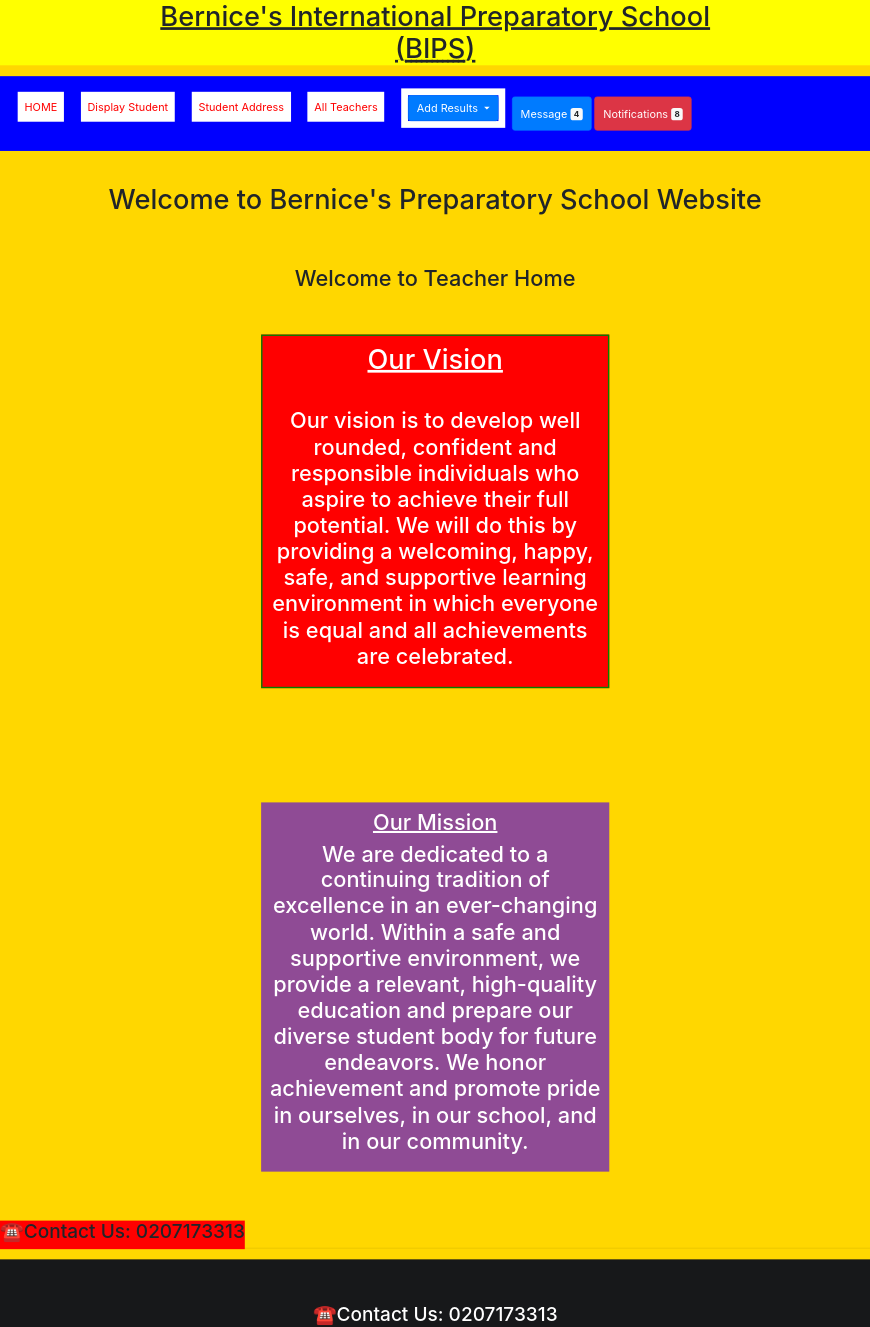
Repository: joseackah/eclipse-workspace
Page: http://localhost/com.school.mgt.system.Front.End/WEB-INF/views/teacherHome.jsp
These files come from the project's save history. The page is drawn as it stood at one moment and after the next save; the edit follows.
The browser window is 1280 px wide. The pictures show the whole page, at 68% of full size.
The page is served by Tomcat 9. Nobody is signed in. The template is opened directly, without the code that normally fills it, so the values that code supplies are empty.

Above is the page before, as saved 2021-08-14 21:31:29.

After the next save:
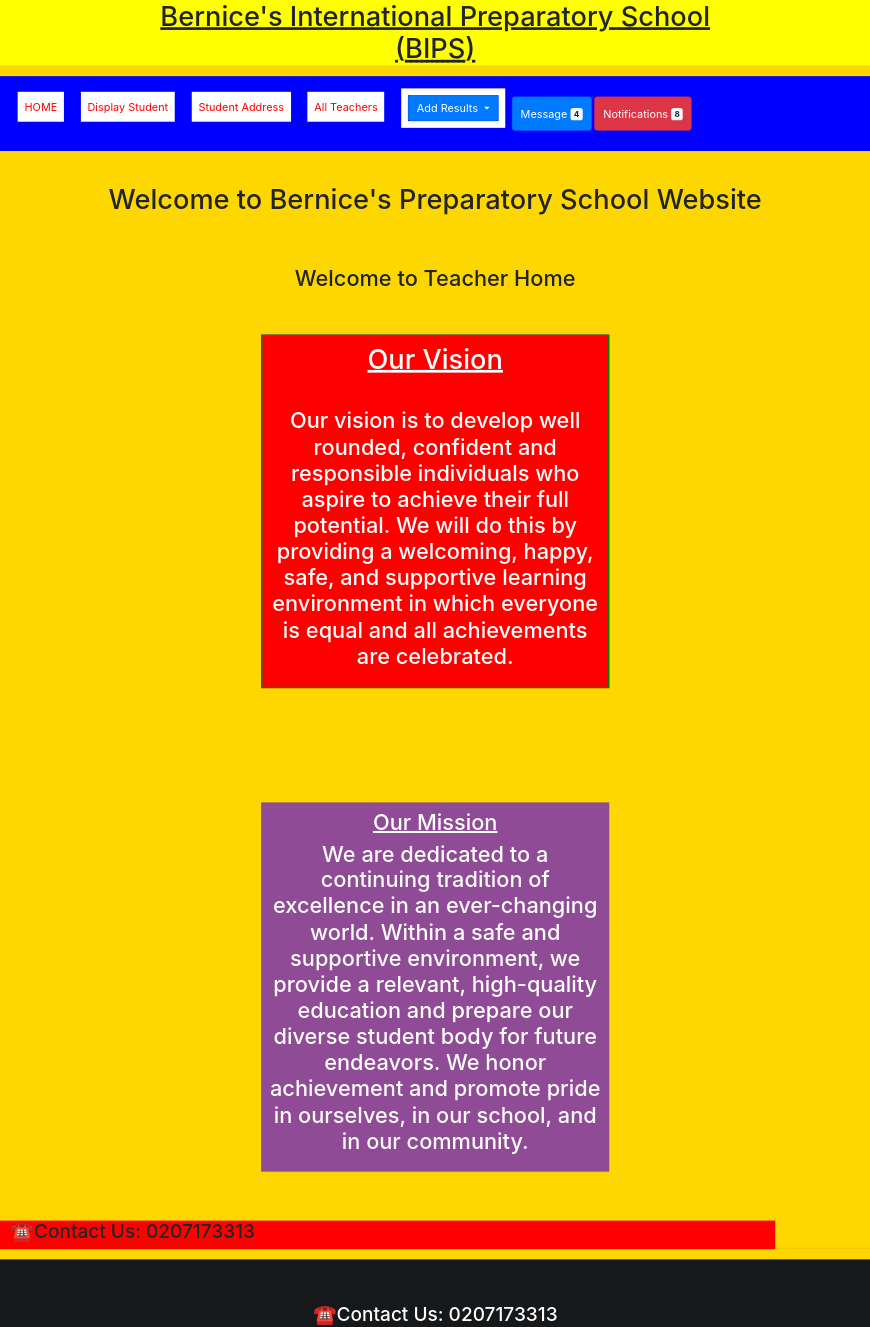
Saved 57 s later.
--- a/com.school.mgt.system.Front.End/src/main/webapp/WEB-INF/views/teacherHome.jsp
+++ b/com.school.mgt.system.Front.End/src/main/webapp/WEB-INF/views/teacherHome.jsp
@@ -130,7 +130,7 @@ align-content: center;</style>
 </aside>
 </section>
 <br /> <br/> <br/>
-<div id="container" style="background-color:red; position:absolute; right: 20;">
+<div id="container" class="container" style="background-color:red; position:absolute; right: 20;">
 <footer >
 <h3 style="display:bottom; ">Contact Us: 0207173313</h3>
 
